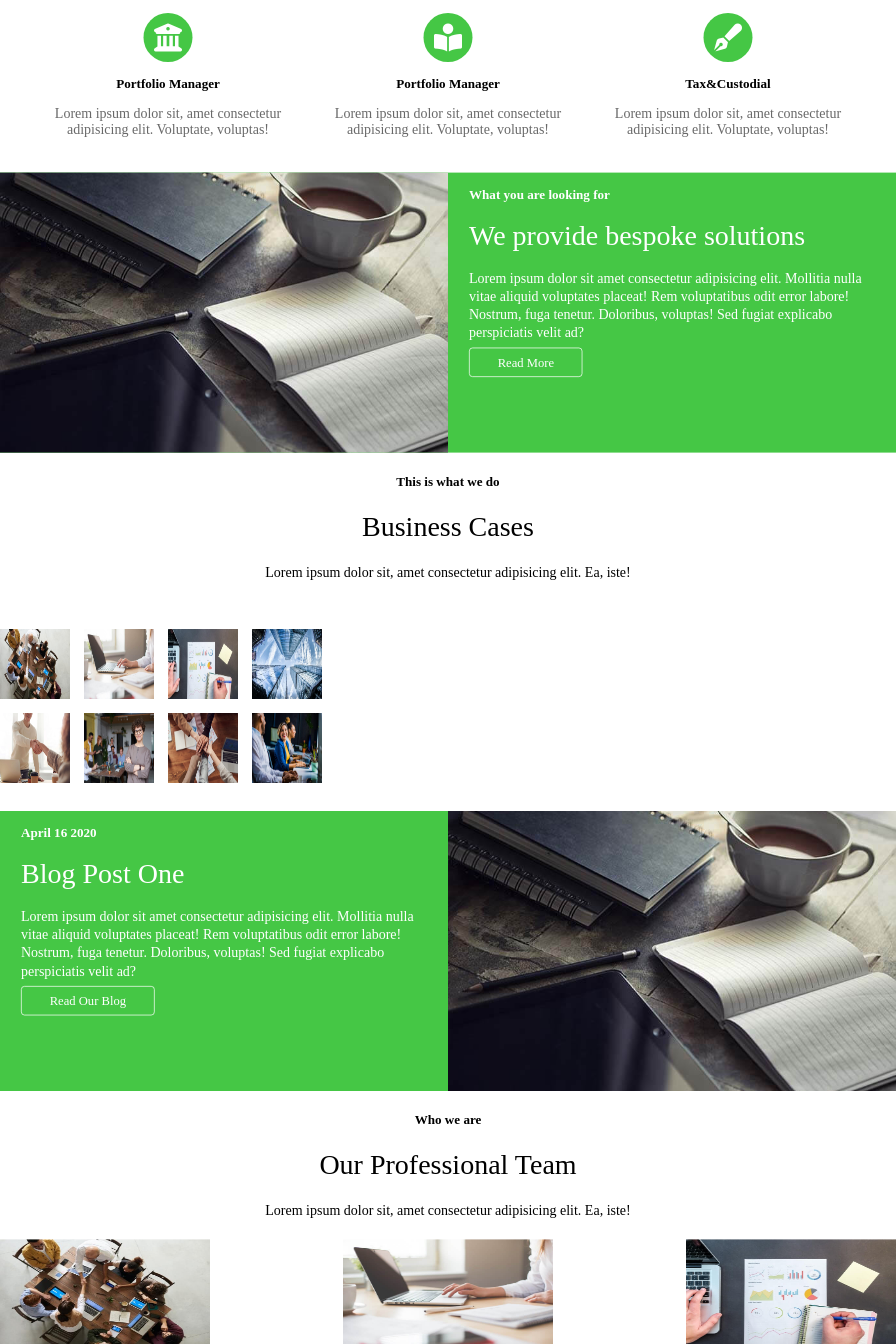
Repository: reemoon-ctrl/swiftdisk-Website-Flexbox
Page: index.html
An editor plug-in stored every save of this project. The page is shown before and after a run of saves, followed by the edit.
The browser window is 1280 px wide. The pictures show the part of the page from y = 752 to 2672 px (the page is 2672 px tall), at 70% of full size.

Above is the page before, as saved 2024-07-27 10:01:17.

### index.html
<!DOCTYPE html>
<html lang="en">
<head>
    <meta charset="UTF-8">
    <meta name="viewport" content="width=device-width, initial-scale=1.0">
    <title>
        Swift Desk
    </title>
    <link rel="stylesheet" href="https://cdnjs.cloudflare.com/ajax/libs/font-awesome/6.0.0-beta3/css/all.min.css">

    <link rel="stylesheet" href="index.css">
</head>
<body>
    <div class="show-case">
        <header>
            <div class="nav-bar">
                <div class="title-bar">
                    <i class="fas fa-desktop fa-2x" style="color: rgb(37, 187, 37)"></i>
                    <h1 class="title"><span class="fword"> Swift</span>Desk</h1>
                </div>
                <div class="link-bar">
                    <a href="">Home</a>
                    <a href="#about">About</a>
                    <a href="">Cases</a>
                    <a href="">Blog</a>
                    <a href="">Contact</a>
                </div>
            </div>
        </header>
        <header class="hd-content">
            <h1>The Sky Is The Limit</h1>
            <p>We provide world class financial assistance
            </p>
            <a href="">>Read More</a>

        </header>

    </div>
    <main>
        <div class="about-section">
            <ul id="about"class="about-srvice" >
                <li><i class="fas fa-university " ></i>
                    <h3>Portfolio Manager</h3>
                    <p>Lorem ipsum dolor sit, amet consectetur adipisicing elit. Voluptate, voluptas!</p>
                </li>
                <li><i class="fas fa-book-open-reader " ></i>
                    <h3>Portfolio Manager</h3>
                    <p>Lorem ipsum dolor sit, amet consectetur adipisicing elit. Voluptate, voluptas!</p></li>
                <li><i class="fas fa-pen-fancy " ></i>
                    <h3>Tax&Custodial</h3>
                    <p>Lorem ipsum dolor sit, amet consectetur adipisicing elit. Voluptate, voluptas!</p></li>
            </ul>
        </div>
        <div>
            <div class="solutions">
                <div class="img"></div>
                <div class="solution-content">
                    <h3>What you are looking for</h3>
                    <h2>We provide bespoke solutions</h2>
                    <p>Lorem ipsum dolor sit amet consectetur
                        adipisicing elit. Mollitia nulla vitae aliquid voluptates placeat! Rem voluptatibus odit error labore! Nostrum, fuga tenetur. Doloribus, voluptas! Sed
                        fugiat explicabo perspiciatis velit ad?</p>
                    <a href="index.html">Read More</a>
                 </div>
            </div>
        </div>
        <div class="Business-case">
            <div class="Business-case-content">
                <h3>This is what we do</h3>
                <h2>Business Cases</h2>
                <p>Lorem ipsum dolor sit, amet consectetur
                     adipisicing elit. Ea, iste!</p>
            </div>
            <div class="BC-image">
                <img class="BCimg BCimg1" src="/img/cases/cases1.jpg" alt="">
                <img  class="BCimg BCimg2" src="/img/cases/cases2.jpg" alt="">
                <img class="BCimg BCimg3" src="/img/cases/cases3.jpg" alt="">
                <img class="BCimg BCimg4" src="/img/cases/cases4.jpg" alt="">
                <img class="BCimg BCimg5" src="/img/cases/cases5.jpg" alt="">
                <img class="BCimg BCimg6" src="/img/cases/cases6.jpg" alt="">
                <img class="BCimg BCimg7" src="/img/cases/cases7.jpg" alt="">
                <img class="BCimg BCimg8" src="/img/cases/cases8.jpg" alt="">
            </div>
        </div>

        <div>
            <div class="blog">
                <div class="img"></div>
                <div class="blog-content">
                    <h3>April 16 2020</h3>
                    <h2>Blog Post One</h2>
                    <p>Lorem ipsum dolor sit amet consectetur
                        adipisicing elit. Mollitia nulla vitae aliquid voluptates placeat! Rem voluptatibus odit error labore! Nostrum, fuga tenetur. Doloribus, voluptas! Sed
                        fugiat explicabo perspiciatis velit ad?</p>
                    <a href="index.html">Read Our Blog</a>
                 </div>
            </div>
        </div>
        <div class="Business-case">
            <div class="Business-case-content">
                <h3>Who we are</h3>
                <h2>Our Professional Team</h2>
                <p>Lorem ipsum dolor sit, amet consectetur
                     adipisicing elit. Ea, iste!</p>
            </div>
            <div class="team-image">
                <img class="tmimg tm-img1" src="/img/cases/cases1.jpg" alt="">
                <img  class="tmimg tm-img2" src="/img/cases/cases2.jpg" alt="">
                <img class="tmimg tm-img3" src="/img/cases/cases3.jpg" alt="">

            </div>
        </div>

    </main>


</body>
</html>

### index.css
*{
    box-sizing: border-box;
    margin: 0;
    padding: 0;
}
body{

}
.nav-bar{
    display: flex;
    justify-content:space-between ;
    padding: 10px 20px;
    color:#fff;




}
.title-bar{
    align-items: center;
    flex-grow: 1;
    display: flex;
    gap:.5rem;


}
.title-bar h1{
    display:inline-block;
    font-size:2.5rem;
    font-weight: 400;
}

.link-bar{

    /* flex-grow:1 ; */
    align-self: center;
    display: flex;
}
.link-bar a{
    padding: 10px 20px;
    color:#fff;
    text-decoration: none;


}
.link-bar a:hover{
    border-bottom: 1px #25bb25 solid;
}
.fword{
    color:#25bb25;
}
.show-case{
   height:100vh;
   text-align: center;
   color:#fff;

   background:  url('img/home/showcase.jpg') no-repeat center center/cover ;
}
.hd-content{
    padding-top: 18rem;
}
.hd-content h1{
    font-size: 3rem;
}
.hd-content p{
    font-size: 1.5rem;
    padding-top: .8rem;
    padding-bottom: .8rem;
}
.hd-content a{
    color: #fff;
    background:#45c745 ;
    padding: 10px 30px;
    border-radius: 5px;
    text-decoration: none;
    text-align: center;
}
.about-section ul{
    display: flex;
    list-style: none;
    gap: 20px;

}
.about-srvice{
    padding: 50px ;
}
.about-srvice li{
    text-align: center;
}
.about-srvice li i{
    background-color: rgb(69, 199, 69);
    color:#fff;
    width:70px;
    height: 70px;
    border-radius: 70px;
    font-size: 40px;
    padding-top:15px ;


}
.about-srvice li h3{
    padding-top: 20px;
}
.about-srvice li p{
    padding-top: 20px;
    font-size: 20px;
    color: dimgrey;
}

.solutions{
    display:flex;
    background: #45c745;

}
.img{
    width:50%;
    background: url('/img/home/people.jpg') center center/cover no-repeat;

}
.solution-content{
    color:#fff;
    padding:20px 30px;
}
.solution-content{
    height:25rem;
    width: 50%;
}
.solution-content h2{
    font-size: 40px;
    font-weight: 500;
    padding: 1.5rem 0px;
}
.solution-content p{
    font-size: 20px;
    line-height: 1.3;
    margin-bottom: 20px;
}
.solution-content a{
    padding: 10px 40px;
    border: 1px solid;
    color:#fff;
    text-decoration: none;
    border-radius: 5px;
    font-size: 18px;

}
.Business-case{
    width: 100vw;
}
.Business-case-content{
    text-align: center;
    padding-left: 30px;
    padding-right: 30px;
}
.Business-case-content h3{
    padding: 30px 0px;
}
.Business-case-content h2{
   padding-bottom: 30px;
    font-size: 40px;
    font-weight: 500;
}
.Business-case-content p{
    padding-bottom: 30px;
    font-size: 20px;
}
.BC-image{
    display: grid;
    grid-template-columns:100px 100px 100px 100px ;
   gap: 20px;
   padding: 40px 0px;
}
.BCimg{
    width: 100px;
    height:100px;

}
/* //////////////////////////////////// */
.blog{
    display:flex;
    background: #45c745;
    flex-direction: row-reverse;

}
.img{
    width:50%;
    background: url('/img/home/blog.jpg') center center/cover no-repeat;

}
.blog-content{
    color:#fff;
    padding:20px 30px;
}
.blog-content{
    height:25rem;
    width: 50%;
}
.blog-content h2{
    font-size: 40px;
    font-weight: 500;
    padding: 1.5rem 0px;
}
.blog-content p{
    font-size: 20px;
    line-height: 1.3;
    margin-bottom: 20px;
}
.blog-content a{
    padding: 10px 40px;
    border: 1px solid;
    color:#fff;
    text-decoration: none;
    border-radius: 5px;
    font-size: 18px;

}
.team-image{
    display: flex;
    justify-content: space-between;

}
.tmimg{
    width: 300px;
    height:150px;
    border-radius: px;

}

After the next 2 saves:
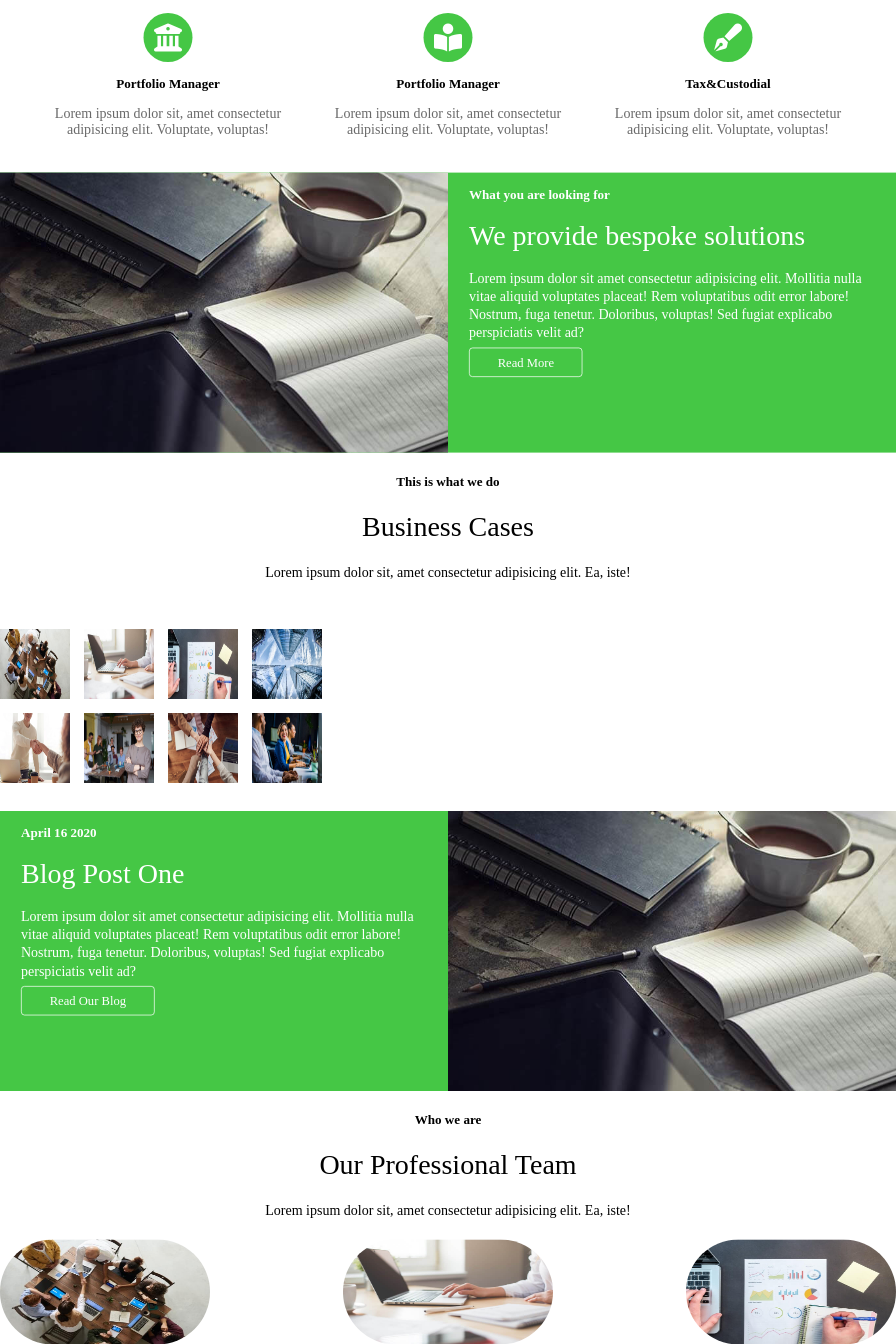
The 2 saves are shown as one change because they came seconds apart.
The last was saved 8 s later.
--- a/index.css
+++ b/index.css
@@ -222,6 +222,6 @@ body{
 .tmimg{
     width: 300px;
     height:150px;
-    border-radius: px;
-
-}
+    border-radius: 150px;
+
+}
